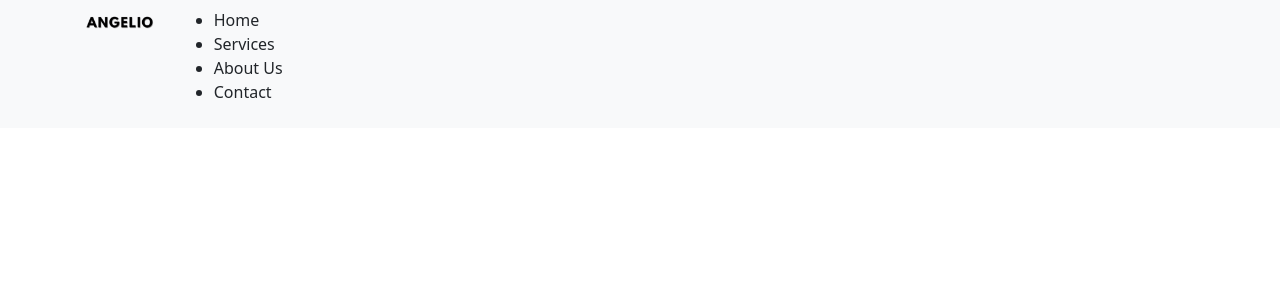
Repository: nazmulalok/landing-page-angelio
Page: index.html
These files come from the project's save history. The page is drawn as it stood at one moment and after the next save; the edit follows.
The browser window is 1280 px wide. The pictures show the whole page.

Above is the page before, as saved 2022-08-28 23:04:55.

### index.html
<!DOCTYPE html>
<html lang="en">

    <head>
        <meta charset="UTF-8">
        <meta http-equiv="X-UA-Compatible" content="IE=edge">
        <meta name="viewport" content="width=device-width, initial-scale=1.0">
        <title>Landing Page</title>
        <link href="https://cdn.jsdelivr.net/npm/bootstrap@5.2.0/dist/css/bootstrap.min.css" rel="stylesheet"
            integrity="sha384-gH2yIJqKdNHPEq0n4Mqa/HGKIhSkIHeL5AyhkYV8i59U5AR6csBvApHHNl/vI1Bx" crossorigin="anonymous">
        <link rel="stylesheet" href="style.css">
    </head>

    <body>
        <header>
            <nav class="navbar navbar-expand-lg bg-light">
                <div class="container">
                    <div class="row">
                        <div class="col-lg-3">
                            <div class="logo">
                                <a href="/"><img src="images/angelio-logo.png" alt="Angelio Logo"></a>
                            </div>
                        </div>
                        <div class="col-lg-9">
                            <nav>
                                <ul>
                                    <li>Home</li>
                                    <li>Services</li>
                                    <li>About Us</li>
                                    <li>Contact</li>
                                </ul>
                            </nav>
                        </div>
                    </div>
                </div>
            </nav>
        </header>


        <script src="https://cdn.jsdelivr.net/npm/bootstrap@5.2.0/dist/js/bootstrap.bundle.min.js"
            integrity="sha384-A3rJD856KowSb7dwlZdYEkO39Gagi7vIsF0jrRAoQmDKKtQBHUuLZ9AsSv4jD4Xa"
            crossorigin="anonymous"></script>
    </body>

</html>

### style.css
.logo img {
    width: 100%;
}

After the next save:
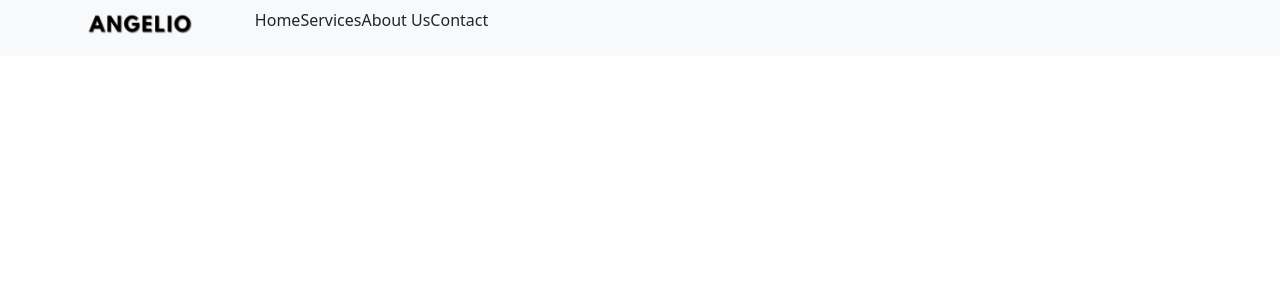
Saved 3 min 32 s later.
--- a/style.css
+++ b/style.css
@@ -1,3 +1,8 @@
 .logo img {
     width: 100%;
 }
+
+nav ul {
+    list-style-type: none;
+    display: flex;
+}
